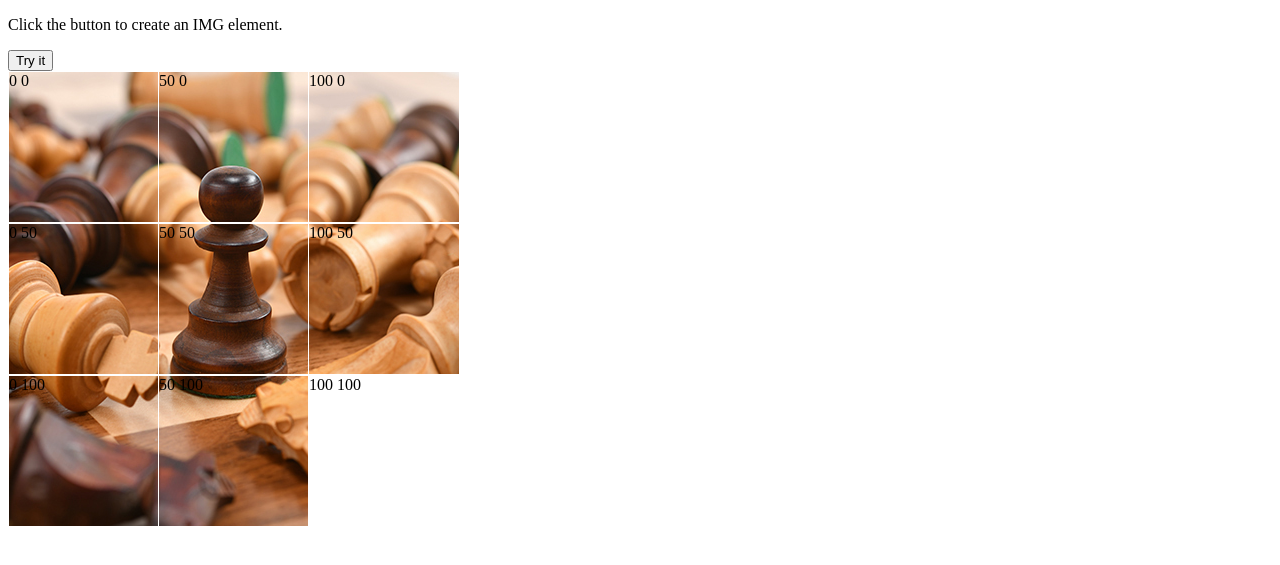
Repository: rashmikagamage/puzzle-vanila-js
Page: index.html
These files come from the project's save history. The page is drawn as it stood at one moment and after the next save; the edit follows.
The browser window is 1280 px wide. The pictures show the whole page.

Above is the page before, as saved 2020-08-06 12:43:35.

### index.html
<!DOCTYPE html>
<html>

<head>
    <link rel="stylesheet" type="text/css" href="./style.css">
</head>

<body>

    <p>Click the button to create an IMG element.</p>

    <button onclick="myFunction(5)">Try it</button>
    <div class="gridContainer" id="imgContainer"></div>
    <script src="./function.js">
    </script>

</body>

</html>

### style.css
.gridContainer {
    display: grid;
}

### function.js
let cells = [];
let cellsCopy = []
let dragElement;
let moves = 0;
let num2;

function myFunction(num) {
    num2 = num
    cellsCopy = [...cells];
    let cellSize = 450 / num + "px";
    let diff = 100 / num;
    let grid = "";
    let row = num;
    let col = num;
    let idCount = 0;

    for (let i = 0; i < num; i++) {
        grid = grid + cellSize + " ";
    }

    document.getElementById("imgContainer").style.gridTemplateColumns = grid;
    let yPosition = 0;
    for (let i = 0; i < row; i++) {

        let xPosition = 0;
        for (let j = 0; j < col; j++) {

            var x = document.createElement("div");
            x.style.width = cellSize;
            x.style.height = cellSize;
            x.style.border = "solid white 1px";
            x.setAttribute("id", "img" + idCount);
            if (idCount == (num * num) - 1) {

                x.style.backgroundColor = "white";
                cells.push({ 'x': -1, 'y': -1 });
                //x.setAttribute("id", "img" + 0);

            } else {

                x.style.backgroundImage = "url('./chess.jpg')";
                cells.push({ 'x': xPosition, 'y': yPosition });
                //x.setAttribute("id", "img" + idCount);

            }

            x.style.backgroundPosition = xPosition + "% " + yPosition + "%";
            x.innerText = xPosition + " " + yPosition
            x.draggable = "true";
            x.addEventListener("dragstart", () => drag(event))
            x.addEventListener("dragover", () => allowDrop(event))
            x.addEventListener("drop", () => move(event))
            document.getElementById("imgContainer").appendChild(x);
            xPosition = xPosition + (100 / (num - 1));
            idCount++;
        }
        yPosition = yPosition + (100 / (num - 1));
    }
}

function build() {
    var flag = true;
    for (let i = 0; i < 9; i++) {
        cell = "i" + i;
        document.getElementById(cell).src = './puzzle-imgs/' + cells[i] + '.jpg';
    }

    //if array equals to starting array user wins
    for (let i = 0; i < cellsCopy.length; i++) {
        if (cells[i] != cellsCopy[i]) {
            flag = false;
            break;
        }
    }
    if (flag == true && moves > 0) {
        won();
    }
}


function allowDrop(ev) {
    ev.preventDefault();
}

function drag(ev) {
    ev.dataTransfer.setData("contain", ev.target.id);
    dragElement = parseInt(event.target.id.substring(3));
}

function move(ev) {
    let num = num2
    dropElement = parseInt(event.target.id.substring(3));

    let flag = false;
    //handling right moves
    if (dragElement % num < (num - 1) && cells[dropElement].x == -1) {

        if (cells[dragElement + 1].x == -1) {

            document.getElementById("img" + dragElement).style.backgroundImage = "";
            document.getElementById("img" + dragElement).style.backgroundColor = "white";
            document.getElementById("img" + dropElement).style.backgroundImage = "url('./chess.jpg.')";
            document.getElementById("img" + dropElement).style.backgroundPosition = cells[dragElement].x + "% " + cells[dragElement].y + "% ";
            temp = cells[dragElement];
            cells[dragElement] = cells[dropElement];
            cells[dropElement] = temp;
            flag = true;
            moves++;

            //;
        }
    }

    //handling down moves
    if (dragElement < ((num * num) - num) && cells[dropElement].x == -1) {
        if (cells[dragElement + num].x == -1) {
            document.getElementById("img" + dragElement).style.backgroundImage = "";
            document.getElementById("img" + dragElement).style.backgroundColor = "white";
            document.getElementById("img" + dropElement).style.backgroundImage = "url('./chess.jpg.')";
            document.getElementById("img" + dropElement).style.backgroundPosition = cells[dragElement].x + "% " + cells[dragElement].y + "% ";
            temp = cells[dragElement];
            cells[dragElement] = cells[dropElement];;
            cells[dropElement] = temp;
            flag = true;
            moves++;
        }
    }

    //handling up moves
    console.log(dragElement < (num * num) && dragElement > num && cells[dropElement].x == -1)
    if (dragElement < (num * num) && dragElement > num && cells[dropElement].x == -1) {
        if (cells[dragElement - num].x == -1) {
            document.getElementById("img" + dragElement).style.backgroundImage = "";
            document.getElementById("img" + dragElement).style.backgroundColor = "white";
            document.getElementById("img" + dropElement).style.backgroundImage = "url('./chess.jpg.')";
            document.getElementById("img" + dropElement).style.backgroundPosition = cells[dragElement].x + "% " + cells[dragElement].y + "% ";
            temp = cells[dragElement];
            cells[dragElement] = cells[dropElement];
            cells[dropElement] = temp;
            flag = true;
            moves++;
        }
    }

    //handling left moves
    if (dragElement % num > 0 && cells[dropElement].x == -1) {
        if (cells[dragElement - 1].x == -1) {
            document.getElementById("img" + dragElement).style.backgroundImage = "";
            document.getElementById("img" + dragElement).style.backgroundColor = "white";
            document.getElementById("img" + dropElement).style.backgroundImage = "url('./chess.jpg.')";
            document.getElementById("img" + dropElement).style.backgroundPosition = cells[dragElement].x + "% " + cells[dragElement].y + "% ";
            temp = cells[dragElement];
            cells[dragElement] = cells[dropElement];
            cells[dropElement] = temp;
            flag = true;
            moves++;
        }
    }
    if (flag == false) {
        alert("Can not be Moved");
    }
}

function build() {
    var flag = true;
    for (let i = 0; i < 9; i++) {

    }

    //if array equals to starting array user wins
    for (let i = 0; i < cellsCopy.length; i++) {
        if (cells[i] != cellsCopy[i]) {
            flag = false;
            break;
        }
    }
    if (flag == true && moves > 0) {
        won();
    }
}
myFunction(3);

After the next save:
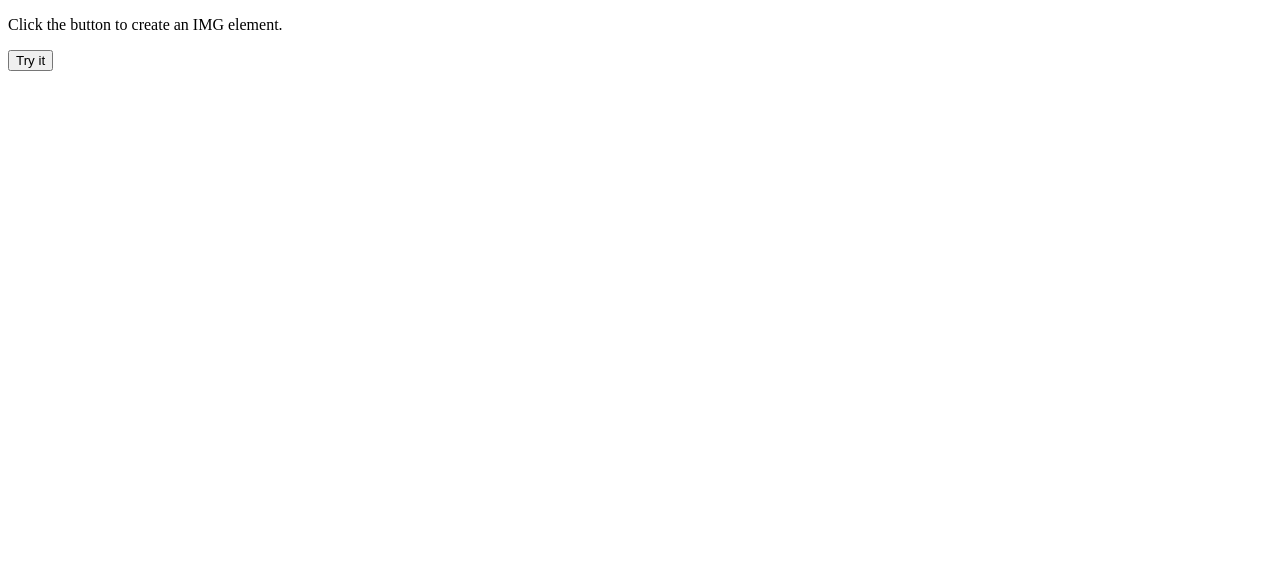
Console error: SyntaxError: missing ) after argument list
Saved 39 s later.
--- a/function.js
+++ b/function.js
@@ -127,55 +127,56 @@
     }
 
     //handling up moves
-    console.log(dragElement < (num * num) && dragElement > num && cells[dropElement].x == -1)
+
     if (dragElement < (num * num) && dragElement > num && cells[dropElement].x == -1) {
-        if (cells[dragElement - num].x == -1) {
-            document.getElementById("img" + dragElement).style.backgroundImage = "";
-            document.getElementById("img" + dragElement).style.backgroundColor = "white";
-            document.getElementById("img" + dropElement).style.backgroundImage = "url('./chess.jpg.')";
-            document.getElementById("img" + dropElement).style.backgroundPosition = cells[dragElement].x + "% " + cells[dragElement].y + "% ";
-            temp = cells[dragElement];
-            cells[dragElement] = cells[dropElement];
-            cells[dropElement] = temp;
-            flag = true;
-            moves++;
+        console.log(true
+            if (cells[dragElement - num].x == -1) {
+                document.getElementById("img" + dragElement).style.backgroundImage = "";
+                document.getElementById("img" + dragElement).style.backgroundColor = "white";
+                document.getElementById("img" + dropElement).style.backgroundImage = "url('./chess.jpg.')";
+                document.getElementById("img" + dropElement).style.backgroundPosition = cells[dragElement].x + "% " + cells[dragElement].y + "% ";
+                temp = cells[dragElement];
+                cells[dragElement] = cells[dropElement];
+                cells[dropElement] = temp;
+                flag = true;
+                moves++;
+            }
+        }
+
+        //handling left moves
+        if (dragElement % num > 0 && cells[dropElement].x == -1) {
+            if (cells[dragElement - 1].x == -1) {
+                document.getElementById("img" + dragElement).style.backgroundImage = "";
+                document.getElementById("img" + dragElement).style.backgroundColor = "white";
+                document.getElementById("img" + dropElement).style.backgroundImage = "url('./chess.jpg.')";
+                document.getElementById("img" + dropElement).style.backgroundPosition = cells[dragElement].x + "% " + cells[dragElement].y + "% ";
+                temp = cells[dragElement];
+                cells[dragElement] = cells[dropElement];
+                cells[dropElement] = temp;
+                flag = true;
+                moves++;
+            }
+        }
+        if (flag == false) {
+            alert("Can not be Moved");
         }
     }
 
-    //handling left moves
-    if (dragElement % num > 0 && cells[dropElement].x == -1) {
-        if (cells[dragElement - 1].x == -1) {
-            document.getElementById("img" + dragElement).style.backgroundImage = "";
-            document.getElementById("img" + dragElement).style.backgroundColor = "white";
-            document.getElementById("img" + dropElement).style.backgroundImage = "url('./chess.jpg.')";
-            document.getElementById("img" + dropElement).style.backgroundPosition = cells[dragElement].x + "% " + cells[dragElement].y + "% ";
-            temp = cells[dragElement];
-            cells[dragElement] = cells[dropElement];
-            cells[dropElement] = temp;
-            flag = true;
-            moves++;
+    function build() {
+        var flag = true;
+        for (let i = 0; i < 9; i++) {
+
+        }
+
+        //if array equals to starting array user wins
+        for (let i = 0; i < cellsCopy.length; i++) {
+            if (cells[i] != cellsCopy[i]) {
+                flag = false;
+                break;
+            }
+        }
+        if (flag == true && moves > 0) {
+            won();
         }
     }
-    if (flag == false) {
-        alert("Can not be Moved");
-    }
-}
-
-function build() {
-    var flag = true;
-    for (let i = 0; i < 9; i++) {
-
-    }
-
-    //if array equals to starting array user wins
-    for (let i = 0; i < cellsCopy.length; i++) {
-        if (cells[i] != cellsCopy[i]) {
-            flag = false;
-            break;
-        }
-    }
-    if (flag == true && moves > 0) {
-        won();
-    }
-}
-myFunction(3);
+    myFunction(3);

After the save that followed:
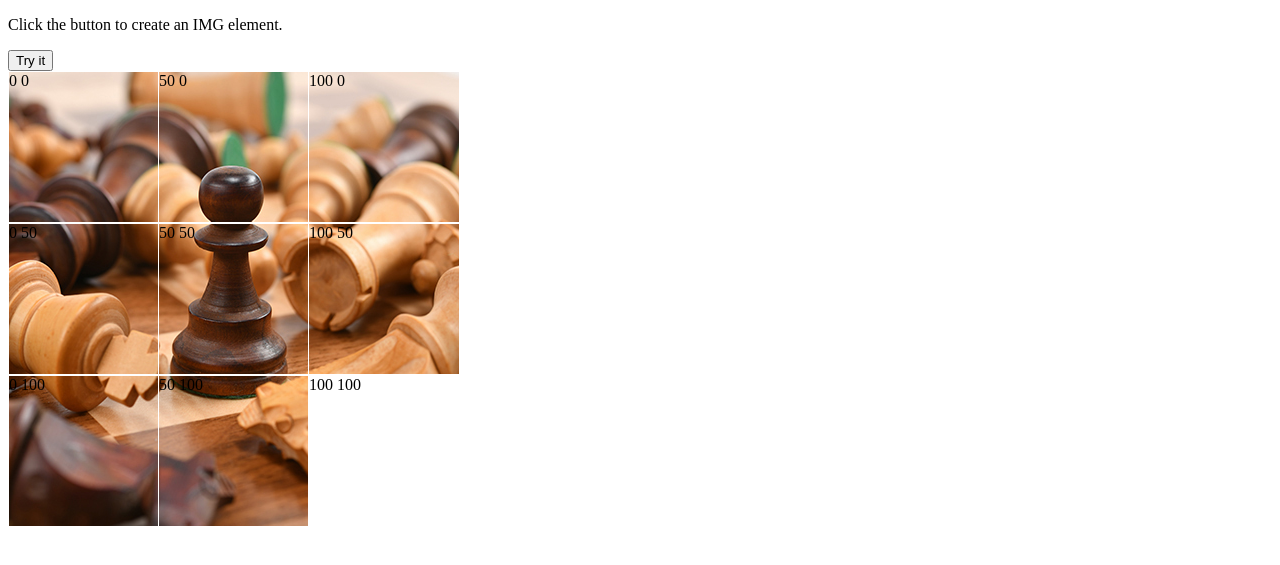
The error is gone.
Saved 8 s later.
--- a/function.js
+++ b/function.js
@@ -129,54 +129,54 @@
     //handling up moves
 
     if (dragElement < (num * num) && dragElement > num && cells[dropElement].x == -1) {
-        console.log(true
-            if (cells[dragElement - num].x == -1) {
-                document.getElementById("img" + dragElement).style.backgroundImage = "";
-                document.getElementById("img" + dragElement).style.backgroundColor = "white";
-                document.getElementById("img" + dropElement).style.backgroundImage = "url('./chess.jpg.')";
-                document.getElementById("img" + dropElement).style.backgroundPosition = cells[dragElement].x + "% " + cells[dragElement].y + "% ";
-                temp = cells[dragElement];
-                cells[dragElement] = cells[dropElement];
-                cells[dropElement] = temp;
-                flag = true;
-                moves++;
-            }
-        }
-
-        //handling left moves
-        if (dragElement % num > 0 && cells[dropElement].x == -1) {
-            if (cells[dragElement - 1].x == -1) {
-                document.getElementById("img" + dragElement).style.backgroundImage = "";
-                document.getElementById("img" + dragElement).style.backgroundColor = "white";
-                document.getElementById("img" + dropElement).style.backgroundImage = "url('./chess.jpg.')";
-                document.getElementById("img" + dropElement).style.backgroundPosition = cells[dragElement].x + "% " + cells[dragElement].y + "% ";
-                temp = cells[dragElement];
-                cells[dragElement] = cells[dropElement];
-                cells[dropElement] = temp;
-                flag = true;
-                moves++;
-            }
-        }
-        if (flag == false) {
-            alert("Can not be Moved");
+        console.log(true);
+        if (cells[dragElement - num].x == -1) {
+            document.getElementById("img" + dragElement).style.backgroundImage = "";
+            document.getElementById("img" + dragElement).style.backgroundColor = "white";
+            document.getElementById("img" + dropElement).style.backgroundImage = "url('./chess.jpg.')";
+            document.getElementById("img" + dropElement).style.backgroundPosition = cells[dragElement].x + "% " + cells[dragElement].y + "% ";
+            temp = cells[dragElement];
+            cells[dragElement] = cells[dropElement];
+            cells[dropElement] = temp;
+            flag = true;
+            moves++;
         }
     }
 
-    function build() {
-        var flag = true;
-        for (let i = 0; i < 9; i++) {
-
-        }
-
-        //if array equals to starting array user wins
-        for (let i = 0; i < cellsCopy.length; i++) {
-            if (cells[i] != cellsCopy[i]) {
-                flag = false;
-                break;
-            }
-        }
-        if (flag == true && moves > 0) {
-            won();
+    //handling left moves
+    if (dragElement % num > 0 && cells[dropElement].x == -1) {
+        if (cells[dragElement - 1].x == -1) {
+            document.getElementById("img" + dragElement).style.backgroundImage = "";
+            document.getElementById("img" + dragElement).style.backgroundColor = "white";
+            document.getElementById("img" + dropElement).style.backgroundImage = "url('./chess.jpg.')";
+            document.getElementById("img" + dropElement).style.backgroundPosition = cells[dragElement].x + "% " + cells[dragElement].y + "% ";
+            temp = cells[dragElement];
+            cells[dragElement] = cells[dropElement];
+            cells[dropElement] = temp;
+            flag = true;
+            moves++;
         }
     }
-    myFunction(3);
+    if (flag == false) {
+        alert("Can not be Moved");
+    }
+}
+
+function build() {
+    var flag = true;
+    for (let i = 0; i < 9; i++) {
+
+    }
+
+    //if array equals to starting array user wins
+    for (let i = 0; i < cellsCopy.length; i++) {
+        if (cells[i] != cellsCopy[i]) {
+            flag = false;
+            break;
+        }
+    }
+    if (flag == true && moves > 0) {
+        won();
+    }
+}
+myFunction(3);
